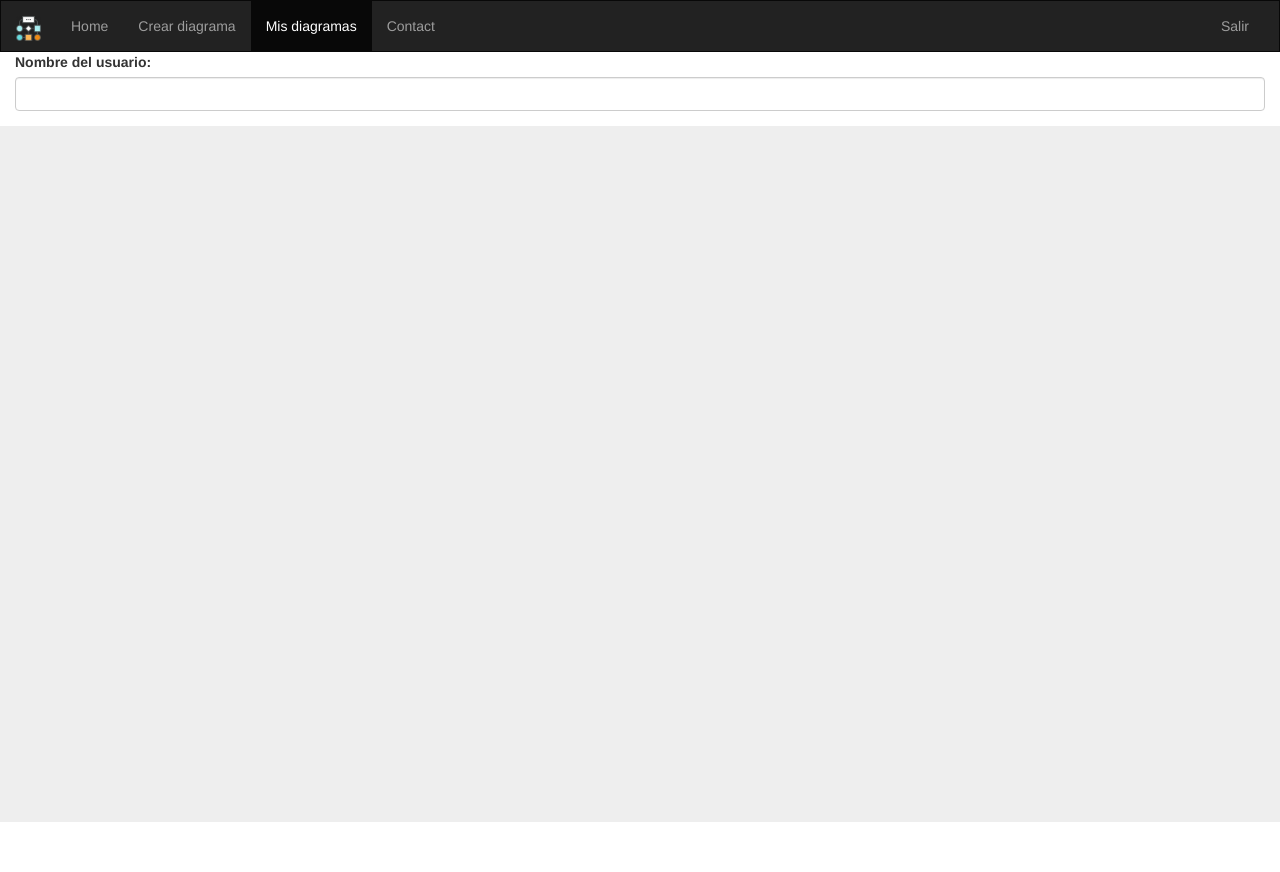
Repository: HugoClavijo/proyectoJS
Page: pages/diagrams.html
The author's editor kept a record of every edit. The page is drawn from the files as they stood at one moment, then again after the next edit.
The browser window is 1280 px wide. The pictures show the whole page.

Above is the page before.

After the next edit:
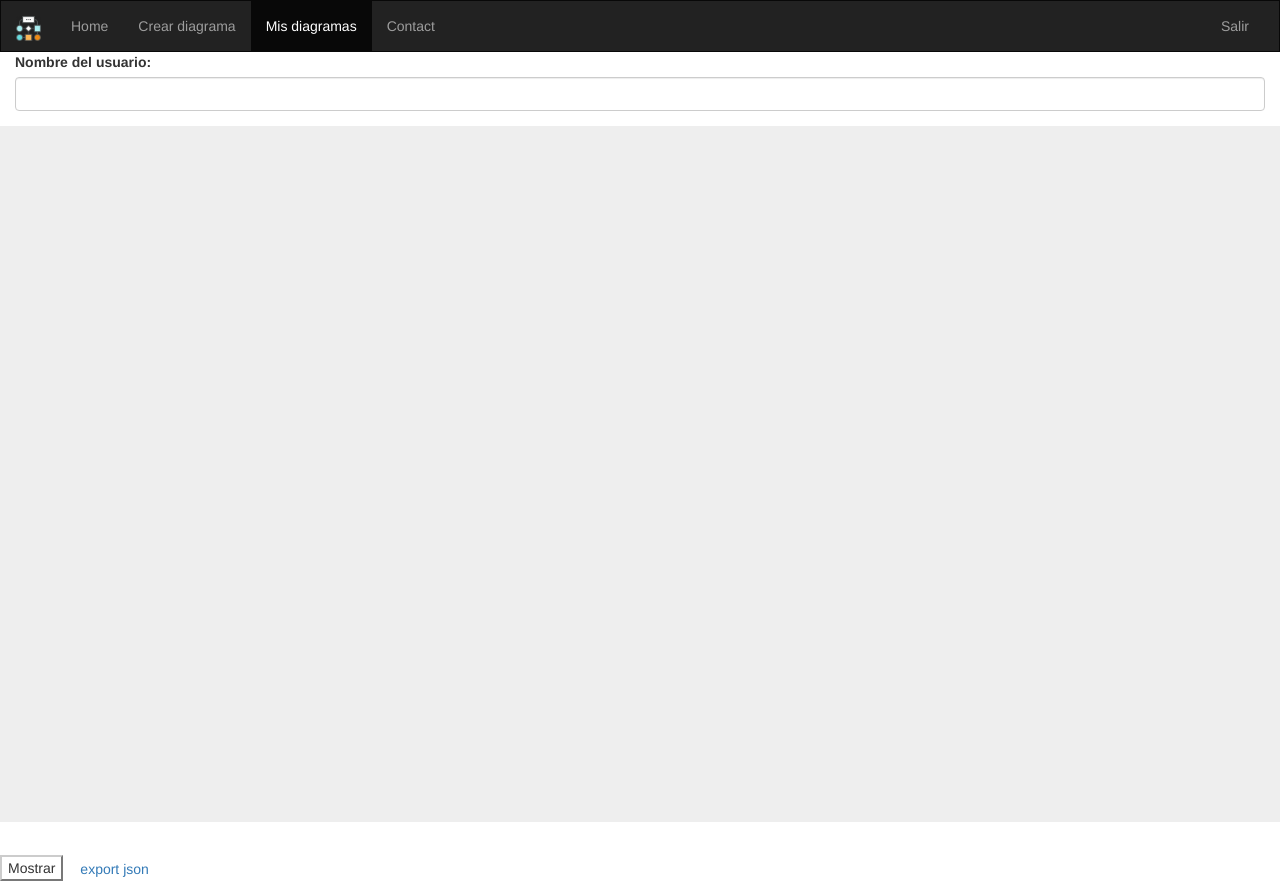
The edit:
--- a/pages/diagrams.html
+++ b/pages/diagrams.html
@@ -54,6 +54,9 @@
   <div id="content" style="height:600px;">
   </div>
 </div>
+ <button id="mostrarDiagrama" class="btn-default">Mostrar</button>
+<!--<button id="exportar" class="btn-default">exportar</button>-->
+<a id="exportJSON" onclick="exportJson(this);" class="btn"><i class="icon-download"></i> export json</a>
 
 
   <!--<div id="container ">-->
